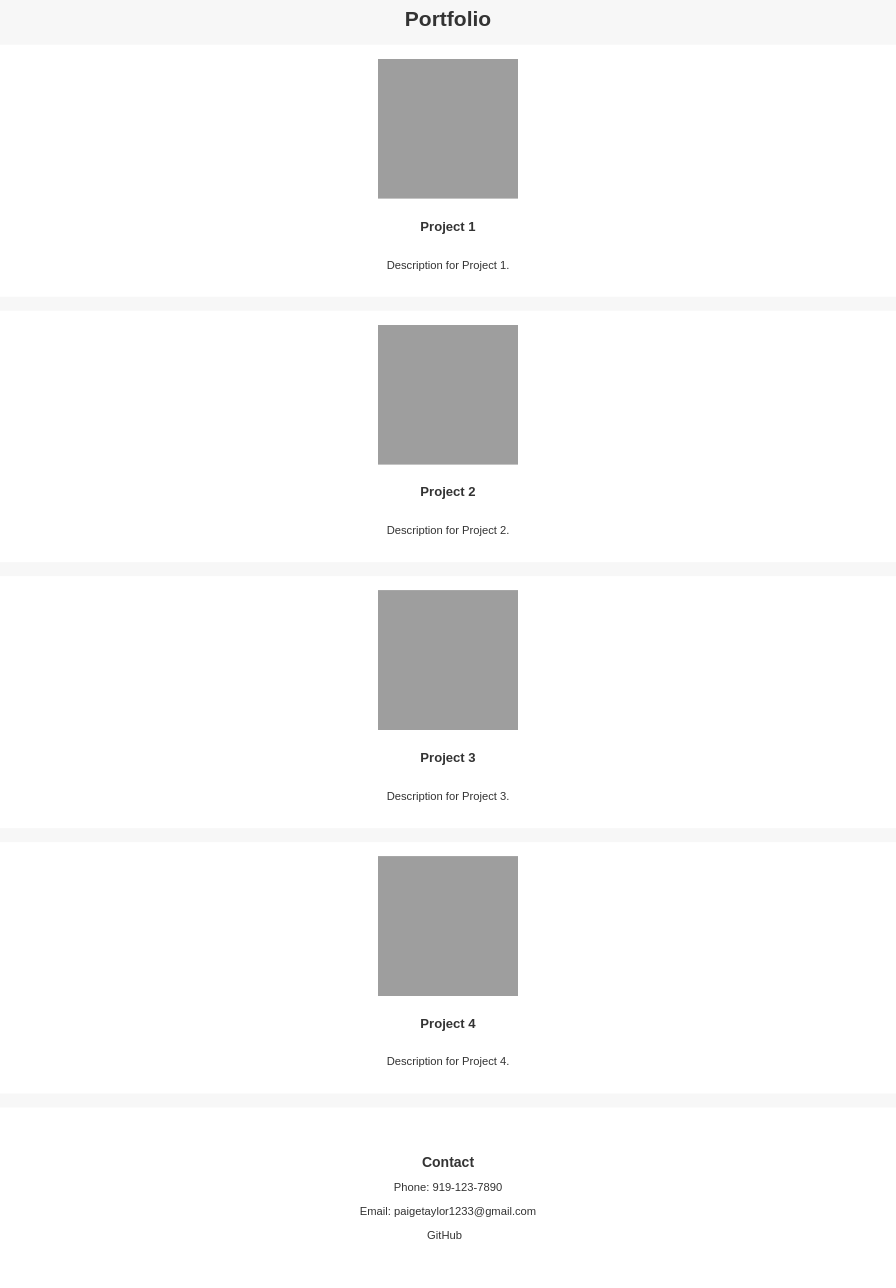
Repository: PaigeC001/WeatherOutlookTracker
Page: Challenge-2/Mod2Challenge/Module2Challenge.html
These files come from the project's save history. The page is drawn as it stood at one moment and after the next save; the edit follows.
The browser window is 1280 px wide. The pictures show the part of the page from y = 450 to 2350 px (the page is 2290 px tall before and 6850 px after), at 70% of full size.
Pictures or frames that could not be fetched are drawn as grey boxes. A picture or video elsewhere on the page could not be fetched, so the positions and the page height are approximate.

Above is the page before, as saved 2024-06-25 23:45:01.

### Challenge-2/Mod2Challenge/Module2Challenge.html
<!DOCTYPE html>
<html>
<head>
  <meta charset="UTF-8">
  <title>My Portfolio</title>
  <style>
    body {
      font-family: Arial, sans-serif;
      margin: 0;
      padding: 0;
      background-color: #f7f7f7;
      color: #333;
    }

    #nav {
      background-color: #333;
      padding: 10px;
    }

    #nav ul {
      list-style-type: none;
      margin: 0;
      padding: 0;
      display: flex;
      align-items: center;
      justify-content: center;
    }

    #nav li {
      margin-right: 15px;
    }

    #nav li a {
      color: #fff;
      text-decoration: none;
      font-weight: bold;
    }

    #nav li a:hover {
      text-decoration: underline;
    }

    #about-me {
      display: flex;
      align-items: center;
      justify-content: center;
      flex-direction: column;
      padding: 50px;
      background-color: #fff;
      margin-bottom: 30px;
    }

    #portfolio-title {
      text-align: center;
      font-weight: bold;
      font-size: 30px;
      margin-bottom: 20px;
    }

    .project {
      display: flex;
      align-items: center;
      justify-content: center;
      flex-direction: column;
      padding: 20px;
      background-color: #fff;
      margin-bottom: 20px;
    }

    .project:hover {
      border: 2px solid #888;
    }

    .project img {
      width: 200px;
      height: 200px;
      margin-bottom: 10px;
    }

    .contact {
      text-align: center;
      padding: 50px;
      background-color: #fff;
    }

    .contact a {
      color: #333;
      text-decoration: none;
      margin-right: 10px;
    }

    .contact a:hover {
      text-decoration: underline;
    }

    h2 {
      font-weight: bold;
      font-size: 20px;
    }
  </style>
</head>
<body>
  <nav id="nav">
    <ul>
      <li><a href="#about-me">About Me</a></li>
      <li><a href="#portfolio">Portfolio</a></li>
      <li><a href="#contact">Contact</a></li>
    </ul>
  </nav>

  <section id="about-me">
    <img src="my-photo.jpg" alt="My Photo" width="200">
    <h2>About Me</h2>
    <p>Hi, I'm Paige a budding front-end software developer diving into the world of coding with enthusiasm. Hungry to learn and driven by curiosity, I'm mastering the art of crafting user-friendly digital experiences one line of code at a time. With a passion for problem-solving and a commitment to growth, I'm poised to make waves in the world of front-end development.</p>
  </section>

  <section id="portfolio">
    <h2 id="portfolio-title">Portfolio</h2>
    <div class="project">
      <img src="/Challenge-2/Mod2Challenge/Lauchingsoonlandingpageexample.jpg" alt="Project 1">
      <h3>Project 1</h3>
      <p>Description for Project 1.</p>
    </div>
    <div class="project">
      <img src="project2.jpg" alt="Project 2">
      <h3>Project 2</h3>
      <p>Description for Project 2.</p>
    </div>
    <div class="project">
      <img src="project3.jpg" alt="Project 3">
      <h3>Project 3</h3>
      <p>Description for Project 3.</p>
    </div>
    <div class="project">
      <img src="project4.jpg" alt="Project 4">
      <h3>Project 4</h3>
      <p>Description for Project 4.</p>
    </div>
  </section>

  <section id="contact" class="contact">
    <h2>Contact</h2>
    <p>Phone: 919-123-7890</p>
    <p>Email: paigetaylor1233@gmail.com</p>
    <p><a href="https://github.com/your-github-account">GitHub</a></p>
  </section>
</body>
</html>

After the next save:
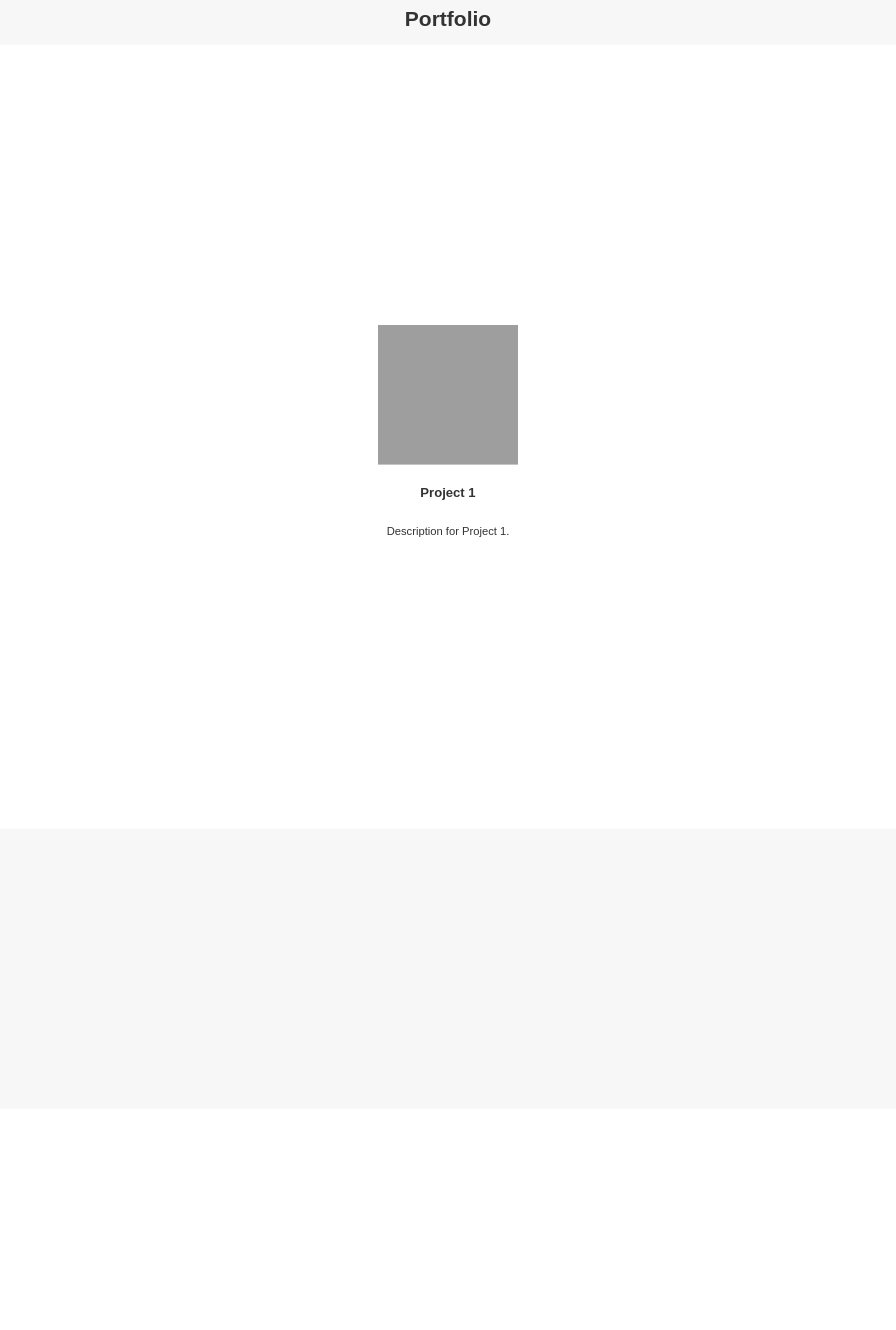
Saved 45 s later.
--- a/Challenge-2/Mod2Challenge/Module2Challenge.html
+++ b/Challenge-2/Mod2Challenge/Module2Challenge.html
@@ -62,9 +62,9 @@
       align-items: center;
       justify-content: center;
       flex-direction: column;
-      padding: 20px;
+      padding: 400px;
       background-color: #fff;
-      margin-bottom: 20px;
+      margin-bottom: 400px;
     }
 
     .project:hover {

After the save that followed:
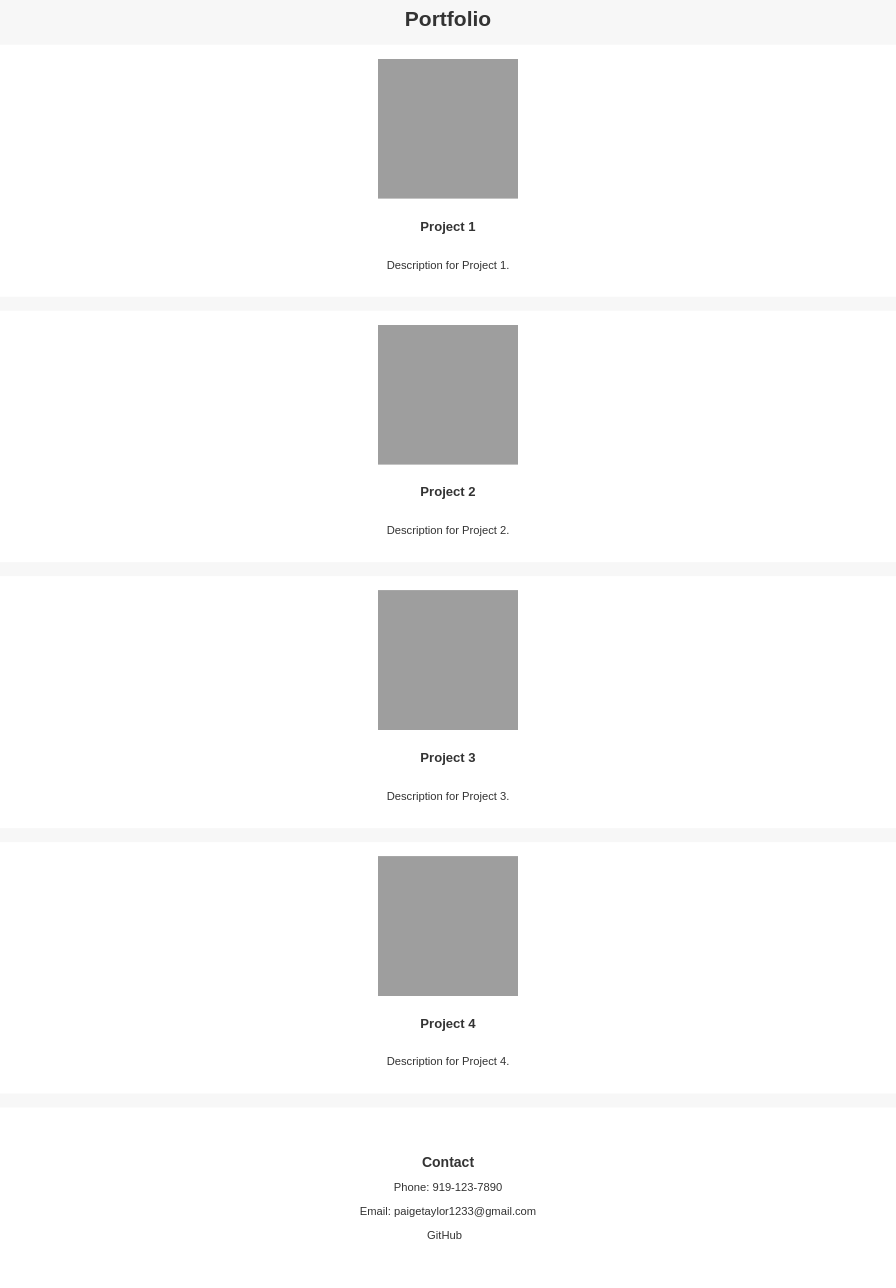
Saved 20 s later.
--- a/Challenge-2/Mod2Challenge/Module2Challenge.html
+++ b/Challenge-2/Mod2Challenge/Module2Challenge.html
@@ -62,9 +62,9 @@
       align-items: center;
       justify-content: center;
       flex-direction: column;
-      padding: 400px;
+      padding: 20px;
       background-color: #fff;
-      margin-bottom: 400px;
+      margin-bottom: 20px;
     }
 
     .project:hover {
